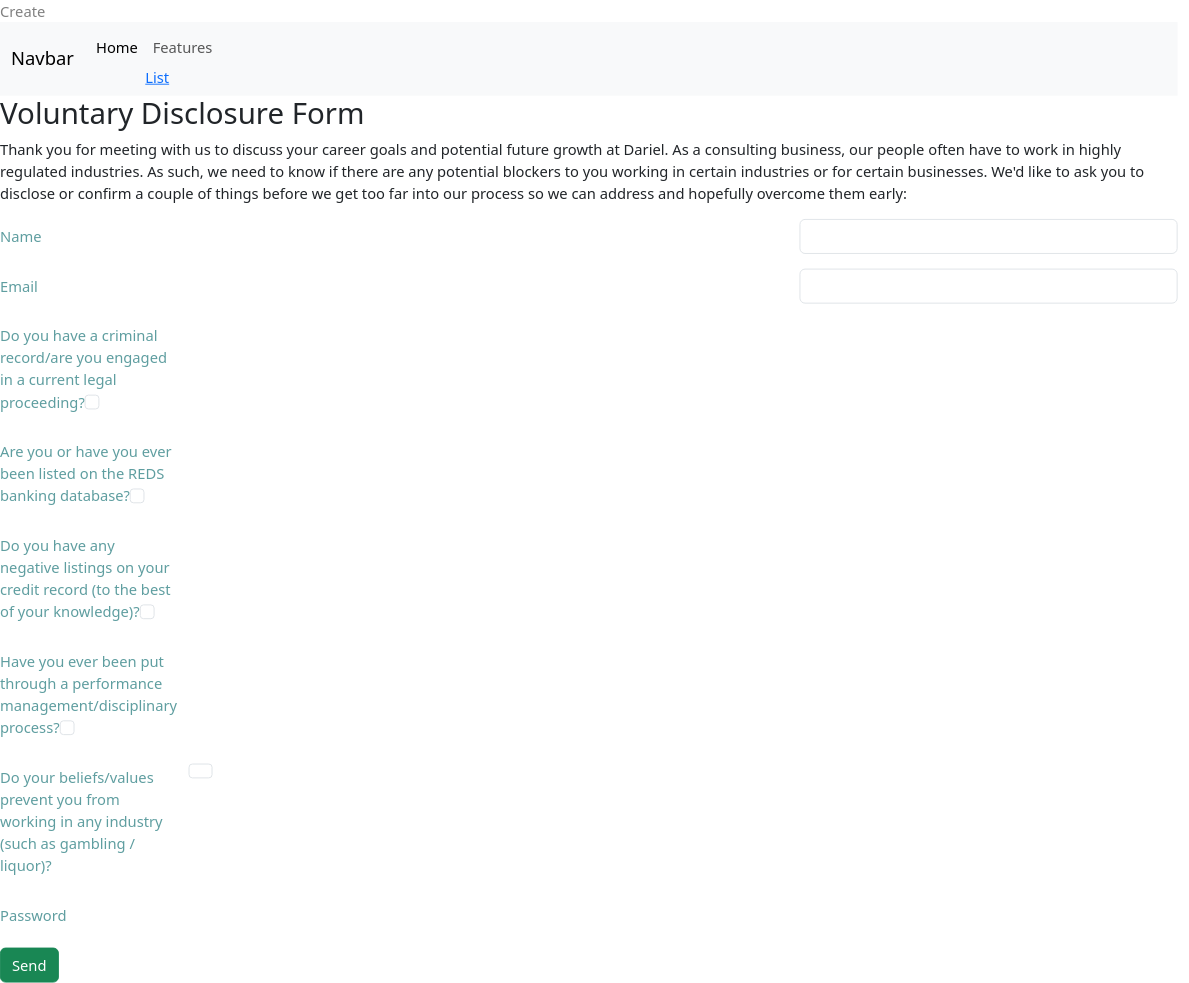
Repository: NtuthukoM/VoluntaryDisclosure
Page: / (app in disclosures-client/)
These files come from the project's save history. The page is drawn as it stood at one moment and after a run of saves; the edit follows.
The browser window is 1280 px wide. The page is 1292 px wide, so the pictures cover 1292 px, including what lies to the right of the window. The pictures show the whole page, at 92% of full size.
The project was rebuilt for these pictures with package versions that can differ from the ones it lists, and the page was loaded fresh each time. Also part of the build but not shown: disclosures-client/src/pages/ListDisclosures.js, disclosures-client/src/pages/DisclosureDetails.js, disclosures-client/src/pages/DisclosureSubmitted.js.

Above is the page before, as saved 2023-05-30 20:52:08.

### disclosures-client/public/index.html
<!DOCTYPE html>
<html lang="en">
  <head>
    <meta charset="utf-8" />

    <meta name="viewport" content="width=device-width, initial-scale=1" />
    <meta name="theme-color" content="#000000" />
    <meta
      name="description"
      content="Web site created using create-react-app"
    />
    <link rel="apple-touch-icon" href="%PUBLIC_URL%/logo192.png" />
    <!--
      manifest.json provides metadata used when your web app is installed on a
      user's mobile device or desktop. See https://developers.google.com/web/fundamentals/web-app-manifest/
    -->
    <link rel="manifest" href="%PUBLIC_URL%/manifest.json" />
    <!--
      Notice the use of %PUBLIC_URL% in the tags above.
      It will be replaced with the URL of the `public` folder during the build.
      Only files inside the `public` folder can be referenced from the HTML.

      Unlike "/favicon.ico" or "favicon.ico", "%PUBLIC_URL%/favicon.ico" will
      work correctly both with client-side routing and a non-root public URL.
      Learn how to configure a non-root public URL by running `npm run build`.
    -->
    <title>React App</title>
  </head>
  <body>
    <noscript>You need to enable JavaScript to run this app.</noscript>
    <div id="root"></div>
    <!--
      This HTML file is a template.
      If you open it directly in the browser, you will see an empty page.

      You can add webfonts, meta tags, or analytics to this file.
      The build step will place the bundled scripts into the <body> tag.

      To begin the development, run `npm start` or `yarn start`.
      To create a production bundle, use `npm run build` or `yarn build`.
    -->
  </body>
</html>

### disclosures-client/src/index.js
import React from 'react';
import ReactDOM from 'react-dom/client';
import './bootstrap.css';
// import './index.css';
import App from './App';
import reportWebVitals from './reportWebVitals';

const root = ReactDOM.createRoot(document.getElementById('root'));
root.render(
  <React.StrictMode>
    <App />
  </React.StrictMode>
);

// If you want to start measuring performance in your app, pass a function
// to log results (for example: reportWebVitals(console.log))
// or send to an analytics endpoint. Learn more: https://bit.ly/CRA-vitals
reportWebVitals();

### disclosures-client/src/App.js
import logo from './logo.svg';
import {CreateDisclosures} from './pages/CreateDisclosure';
import {ListDisclosures} from './pages/ListDisclosures';
import {DisclosureDetails} from './pages/DisclosureDetails';
import {DisclosureSubmitted} from './pages/DisclosureSubmitted';
import { BrowserRouter, Routes, Route } from "react-router-dom";
import './App.css';

function App() {
  return (

      <BrowserRouter>
        <Routes>
          <Route path="/" element={<CreateDisclosures/>} />
          <Route path="/list" element={<ListDisclosures/>} />
          <Route path="/submitted" element={<DisclosureSubmitted/>} />
          <Route path="/details/:id" element={<DisclosureDetails/>} />
        </Routes>
      </BrowserRouter>
  );
}

export default App;

### disclosures-client/src/pages/CreateDisclosure.js
import { useState } from "react";
import { discloseUrl} from '../models/models';
import { Nav} from "../components/nav";
import { redirect } from "react-router-dom";

export function CreateDisclosures(){
    const [fullName, setFullName] = useState('');
    const [email, setEmail] = useState('');
    const [criminalRecord, setCriminalRecord] = useState(false);
    const [redsBankingDbListed, setRedsBankingDbListed] = useState(false);
    const [negativeCreditListing, setNegativeCreditListing] = useState(false);
    const [performanceManagementPlaced, setPerformanceManagementPlaced] = useState(false);
    const [ethicalIndustringRestriction, setEthicalIndustringRestriction] = useState(false);
    const [submitting, setSubmitting] = useState(false);

    function onFormSubmit(e){
        e.preventDefault();
        setSubmitting(true);
        let model = {
            fullName: fullName,
            email: email,
            criminalRecord: criminalRecord,
            redsBankingDbListed: redsBankingDbListed,
            negativeCreditListing: negativeCreditListing,
            performanceManagementPlaced: performanceManagementPlaced,
            ethicalIndustringRestriction: ethicalIndustringRestriction
        }
        const ops = {
            method: 'POST',
            headers: {
                "Content-Type": "application/json",
                // 'Content-Type': 'application/x-www-form-urlencoded',
              },
              redirect: "follow", // manual, *follow, error
              referrerPolicy: "no-referrer", // no-referrer, *no-referrer-when-downgrade, origin, origin-when-cross-origin, same-origin, strict-origin, strict-origin-when-cross-origin, unsafe-url
              body: JSON.stringify(model), // body data type must match "Content-Type" header
        };
        const response = fetch(discloseUrl, ops)
        .then(() => {
            setSubmitting(false);
            console.log('redirecting');
           return redirect("/submitted");
        }).catch(exc => console.log(`error ${exc}`));
    }
    return (
        <>
            <Nav />
            <h2>Voluntary Disclosure Form</h2>
            <p>
                Thank you for meeting with us to discuss your career goals and potential future growth at Dariel.
                As a consulting business, our people often have to work in highly regulated industries.
                As such, we need to know if there are any potential blockers to you working in certain industries or for certain businesses.
                We'd like to ask you to disclose or confirm a couple of things before we get too far into our process so we can address and hopefully overcome them early:
            </p>
            <form onSubmit={onFormSubmit}>


            <div  className="mb-3 row">
                <label className="col-sm-8 col-form-label">
                    Name
                </label>
                <div className="col-sm-4">

                    <input className="form-control" type="text" value={fullName} onChange={(e) => setFullName(e.target.value) } disabled={submitting} />
      </div>
            </div>

            <div className="mb-3 row">
                <label className="col-sm-8 col-form-label">
                    Email
                </label>
                <div className="col-sm-4">

                    <input type="text" className="form-control" value={email} onChange={e => setEmail(e.target.value)} disabled={submitting}  />
      </div>
            </div>


            <div className="mb-3 row">
                <label className="col-sm-2 col-form-label">
                    Do you have a criminal record/are you engaged in a current legal proceeding?
                    <input type="checkbox" className="form-check-input"  value={criminalRecord} onChange={e => {
                        setCriminalRecord(!criminalRecord);
                        }}  disabled={submitting} />
                </label>
            </div>
            <div className="mb-3 row">
                <label className="col-sm-2 col-form-label">
                Are you or have you ever been listed on the REDS banking database?
                    <input type="checkbox" className="form-check-input"   value={redsBankingDbListed} onChange={e => {
                        setRedsBankingDbListed(!redsBankingDbListed);
                        }}  disabled={submitting} />
                </label>
            </div>
            <div className="mb-3 row">
                <label className="col-sm-2 col-form-label">
                Do you have any negative listings on your credit record (to the best of your knowledge)?
                    <input type="checkbox" className="form-check-input"   value={negativeCreditListing} onChange={e => {
                        setNegativeCreditListing(!negativeCreditListing);
                        }}  disabled={submitting} />
                </label>
            </div>
            <div className="mb-3 row">
                <label className="col-sm-2 col-form-label">
                Have you ever been put through a performance management/disciplinary process?
                    <input type="checkbox" className="form-check-input"   value={performanceManagementPlaced} onChange={e => {
                        setPerformanceManagementPlaced(!performanceManagementPlaced);
                        }}  disabled={submitting} />
                </label>
            </div>
            <div className="mb-3 row">
                <label className="col-sm-2 col-form-label">
                Do your beliefs/values prevent you from working in any industry (such as gambling / liquor)?
                </label>
                    <input type="checkbox" className="form-check-input"  value={ethicalIndustringRestriction} onChange={e => {
                        setEthicalIndustringRestriction(!ethicalIndustringRestriction);
                        }}  disabled={submitting} />
            </div>
            <div className="mb-3 row">
    <label for="inputPassword" className="col-sm-2 col-form-label">Password</label>
    <div className="col-sm-10">

    </div>
  </div>
            <div>
                <button className="btn btn-success" disabled={submitting}>Send</button>
            </div>
             </form>
        </>
    );
}

### disclosures-client/src/App.css
.App {
  text-align: center;
}

.active {
  color: gray;
  text-decoration: none;
  cursor: default;
}

label {
  color: cadetblue;
}

.App-logo {
  height: 40vmin;
  pointer-events: none;
}

@media (prefers-reduced-motion: no-preference) {
  .App-logo {
    animation: App-logo-spin infinite 20s linear;
  }
}

.App-header {
  background-color: #282c34;
  min-height: 100vh;
  display: flex;
  flex-direction: column;
  align-items: center;
  justify-content: center;
  font-size: calc(10px + 2vmin);
  color: white;
}

.App-link {
  color: #61dafb;
}

@keyframes App-logo-spin {
  from {
    transform: rotate(0deg);
  }
  to {
    transform: rotate(360deg);
  }
}

### disclosures-client/src/models/models.js
export const discloseUrl = 'https://localhost:7163/api/Disclosures';

### disclosures-client/src/components/nav.js
import {NavLink} from "react-router-dom"

export function Nav(){
    return (
        <>
            <nav>
                <NavLink to="/" className={({isActive}) => isActive ? "active" : "go-to"}>Create </NavLink>

            </nav>
            <nav className="navbar navbar-expand-lg bg-body-tertiary">
  <div className="container-fluid">
    <a className="navbar-brand" href="#">Navbar</a>
    <button className="navbar-toggler" type="button" data-bs-toggle="collapse" data-bs-target="#navbarNav" aria-controls="navbarNav" aria-expanded="false" aria-label="Toggle navigation">
      <span className="navbar-toggler-icon"></span>
    </button>
    <div className="collapse navbar-collapse" id="navbarNav">
      <ul className="navbar-nav">
        <li className="nav-item">
          <a className="nav-link active" aria-current="page" href="#">Home</a>
        </li>
        <li className="nav-item">
          <a className="nav-link" href="#">Features</a>
          <NavLink to="/list" className={({isActive}) => isActive ? "active" : ""}>List </NavLink>
        </li>
      </ul>
    </div>
  </div>
</nav>
        </>
    )
}

Loaded but not shown: disclosures-client/src/bootstrap.css (library); disclosures-client/src/reportWebVitals.js (common file)

After the next 2 saves:
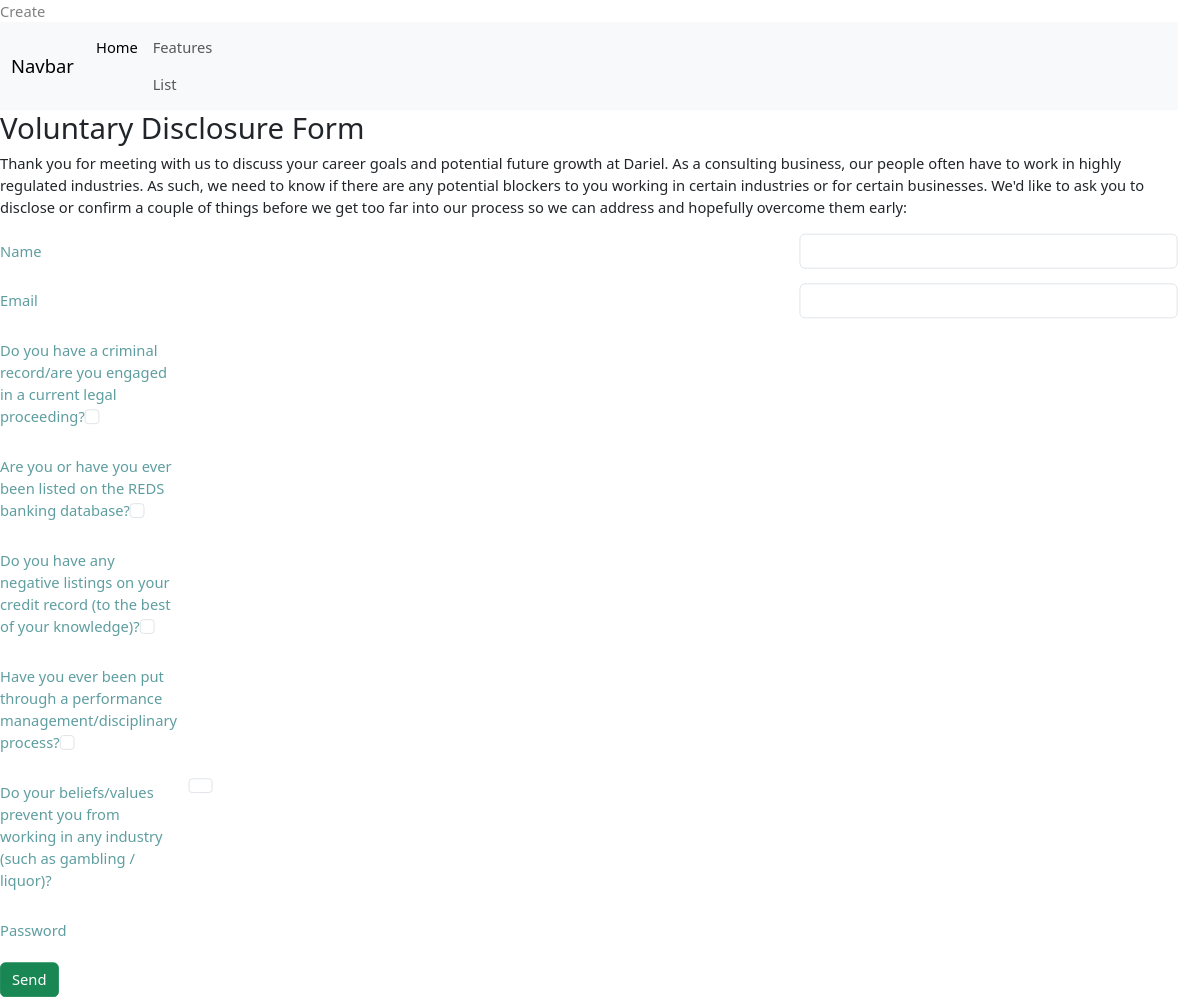
The 2 saves are shown as one change because they came seconds apart.
The last was saved 15 s later.
--- a/disclosures-client/src/components/nav.js
+++ b/disclosures-client/src/components/nav.js
@@ -20,7 +20,7 @@ export function Nav(){
         </li>
         <li className="nav-item">
           <a className="nav-link" href="#">Features</a>
-          <NavLink to="/list" className={({isActive}) => isActive ? "active" : ""}>List </NavLink>
+          <NavLink to="/list" className={({isActive}) => isActive ? "active nav-link" : "nav-link"}>List </NavLink>
         </li>
       </ul>
     </div>
